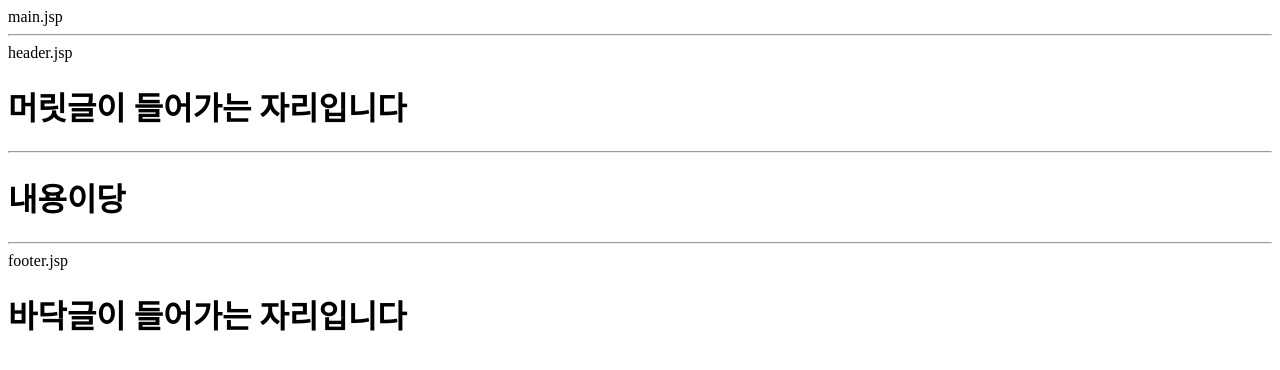
Repository: ryu1917/jsp
Page: http://localhost/jsp02/main.jsp
An editor plug-in stored every save of this project. The page is shown before and after the next save, followed by the edit.
The browser window is 1280 px wide. The pictures show the whole page.
The page is served by Tomcat 9.

Above is the page before, as saved 2021-04-21 08:18:47.

After the next save:
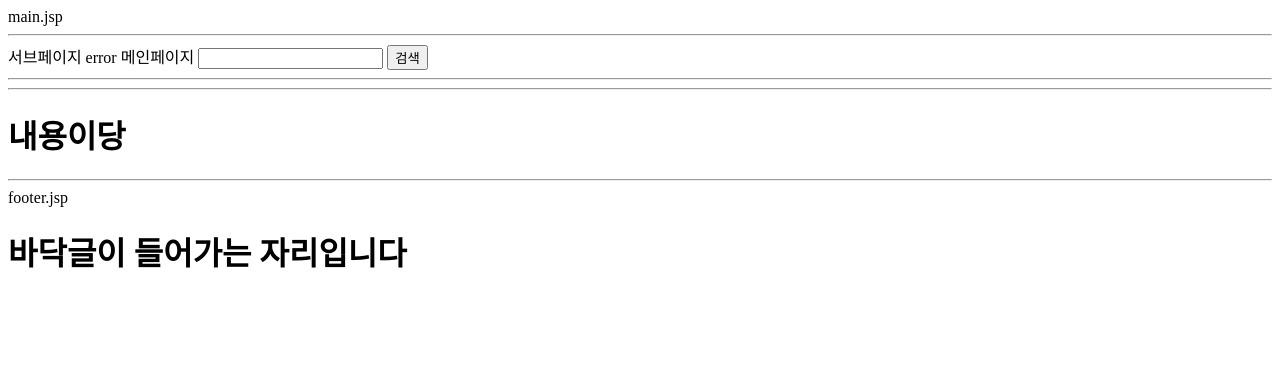
Saved 80 s later.
--- a/workspace/jsp02/src/main/webapp/main.jsp
+++ b/workspace/jsp02/src/main/webapp/main.jsp
@@ -8,7 +8,12 @@
 <title>Insert title here</title>
 </head>
 <body>main.jsp<br><hr>
-<%@ include file="header.jsp" %>
+<a>서브페이지</a>
+<a>error</a>
+<a>메인페이지</a>
+<input type="text">
+<button>검색</button>
+<hr>
 <hr><h1>내용이당</h1><hr>
 <%@ include file="footer.jsp" %>
 </body>
